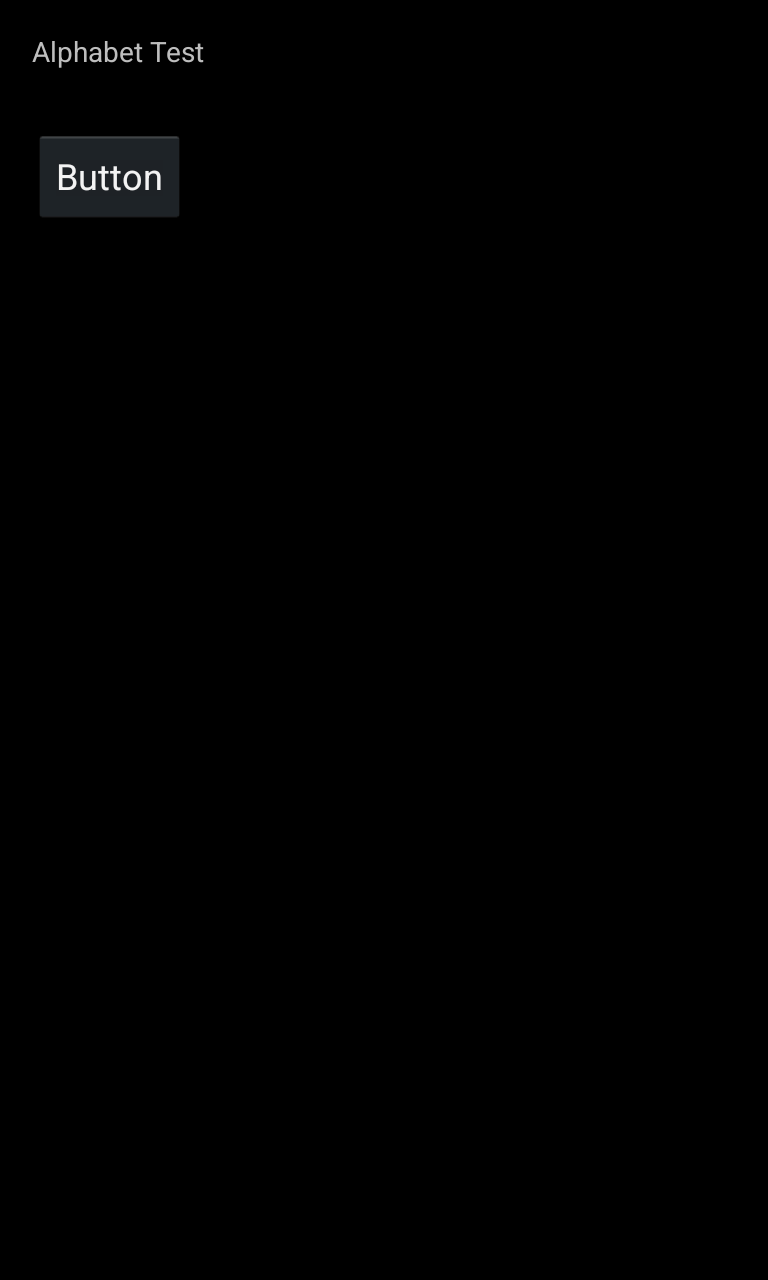
Repository: inferno-entertainment/booze-gauge
Layout: BoozeGauge/res/layout/activity_alpha_test.xml
An editor plug-in stored every save of this project. The layout is shown before and after the next save, followed by the edit.
It is drawn on a 768 x 1280 px phone screen (xhdpi) without system bars, with theme AppTheme; the app's code is not run.

Above is the layout before, as saved 2013-03-21 01:19:07.

### BoozeGauge/res/layout/activity_alpha_test.xml
<RelativeLayout xmlns:android="http://schemas.android.com/apk/res/android"
    xmlns:tools="http://schemas.android.com/tools"
    android:layout_width="match_parent"
    android:layout_height="match_parent"
    android:paddingBottom="@dimen/activity_vertical_margin"
    android:paddingLeft="@dimen/activity_horizontal_margin"
    android:paddingRight="@dimen/activity_horizontal_margin"
    android:paddingTop="@dimen/activity_vertical_margin"
    tools:context=".AlphaTest" >

    <TextView
        android:id="@+id/textView1"
        android:layout_width="wrap_content"
        android:layout_height="wrap_content"
        android:text="@string/alpha" />

    <Button
        android:id="@+id/button1"
        android:layout_width="wrap_content"
        android:layout_height="wrap_content"
        android:layout_alignLeft="@+id/textView1"
        android:layout_below="@+id/textView1"
        android:layout_marginTop="29dp"
        android:text="Button" />

</RelativeLayout>

### BoozeGauge/res/values/strings.xml
<?xml version="1.0" encoding="utf-8"?>
<resources>

    <string name="app_name">Booze Gauge</string>
    <string name="action_settings">Settings</string>
    <string name="disclaimer">THIS IS NOT A LEGAL SOBRIETY TEST.</string>
    <string name="title_activity_alpha_test">AlphaTest</string>
    <string name="full">Full Test</string>
    <string name="alpha">Alphabet Test</string>
    <string name="bal">Balance Test</string>
    <string name="log">Logic Test</string>
    <string name="mem">Memory Test</string>
    <string name="cont">continue</string>

</resources>

Loaded but not shown: BoozeGauge/res/values/styles.xml (common file); BoozeGauge/res/values-v11/styles.xml (common file); BoozeGauge/res/values-v14/styles.xml (common file); BoozeGauge/res/values/dimens.xml (common file)

After the next save:
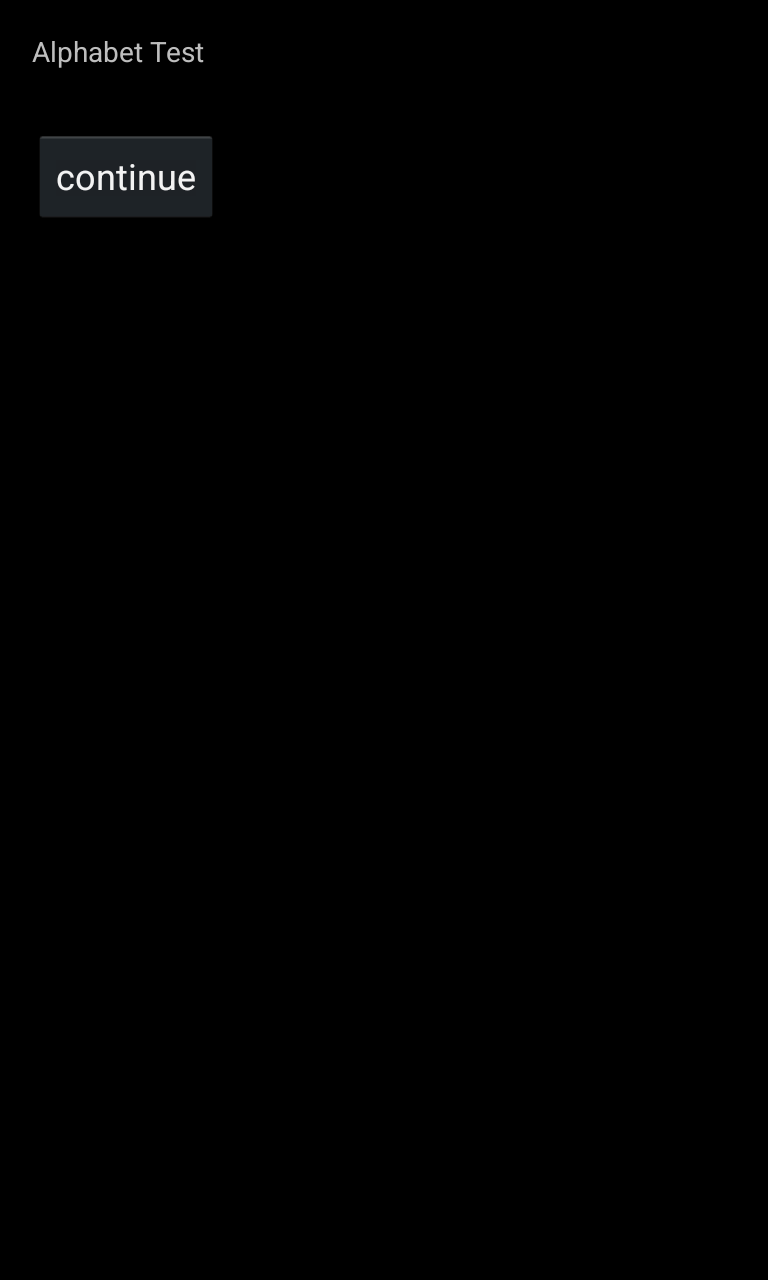
Saved 12 s later.
--- a/BoozeGauge/res/layout/activity_alpha_test.xml
+++ b/BoozeGauge/res/layout/activity_alpha_test.xml
@@ -21,6 +21,6 @@
         android:layout_alignLeft="@+id/textView1"
         android:layout_below="@+id/textView1"
         android:layout_marginTop="29dp"
-        android:text="Button" />
+        android:text="@string/cont" />
 
 </RelativeLayout>
